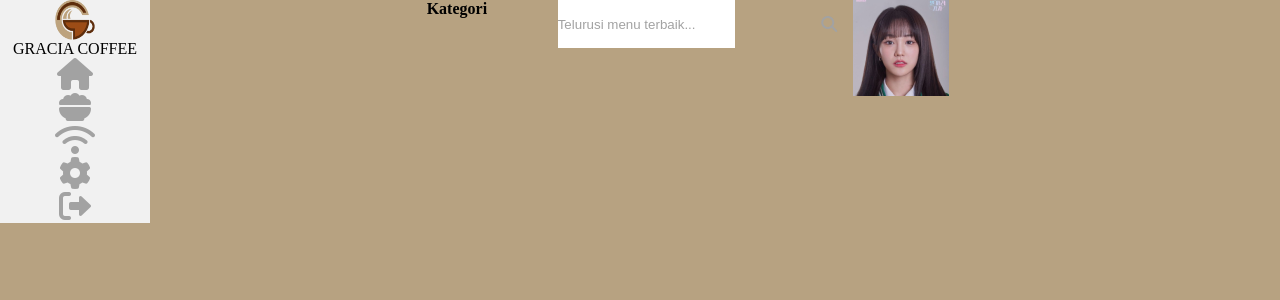
Repository: DanielChuaaa/sbd2
Page: index.html
The author's editor kept a copy of each file at every save. The page is drawn from the files as they stood at one save, then again after the next save.
The browser window is 1280 px wide. The pictures show the whole page.
Some web libraries are served in a nearby version.

Above is the page before, as saved 2023-10-20 10:14:22.

After the next save:
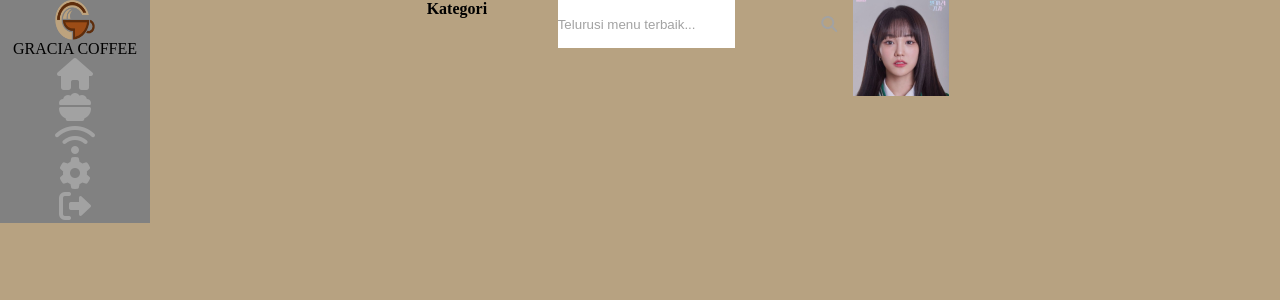
Saved 55 s later.
--- a/style.css
+++ b/style.css
@@ -4,7 +4,8 @@
     --clr-neutral-100: #A2A2A2;
     --clr-neutral-200: #D9D9D9;
     --clr-neutral-300: #F8F8F8;
-    --clr-neutral-400: #f1f1f1;
+    --clr-neutral-400: #818181;
+    --clr-neutral-500:  #f1f1f1;
 
     --ff: "Roboto Mono", monospace;
 
